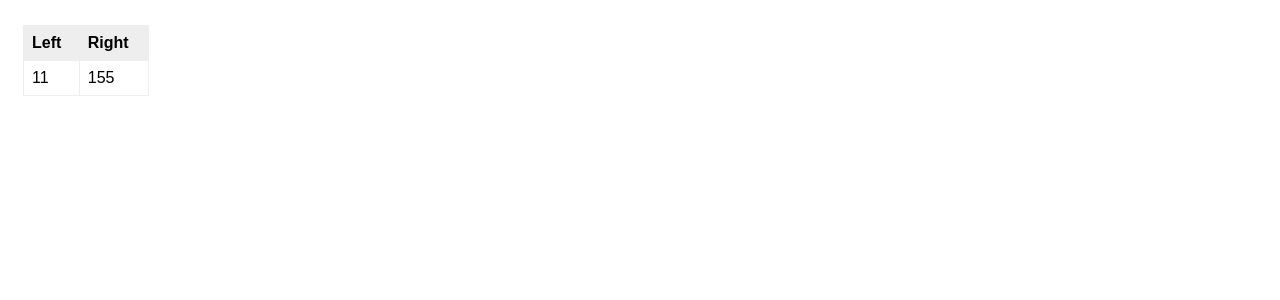
Repository: chyunlee316/element-tracker
Page: http://localhost/
The author's editor kept a record of every edit. The page is drawn from the files as they stood at one moment, then again after the next edit.
The browser window is 1280 px wide. The pictures show the whole page.
The page is served by the project's Node server (server.js).

Above is the page before.

### sample-site/views/index.jade
doctype html
html(lang='en')
  head
    title Sample site
    style.
      .table-container {
        margin: 25px 0 0px 15px;
        width: 10%;
      }
      table {
        font-family: arial, sans-serif;
        border-collapse: collapse;
        width: 100%;
      }
      th {
        background-color: #eee;
      }
      td, th {
        border: 1px solid #eee;
        text-align: left;
        padding: 8px;
      }
      tr:nth-child(even) {
        background-color: #ccc;
      }
  body
    #container.table-container
      table
        thead
          tr
            th Left
            th Right
        tbody
          tr
            td #{left}
            td #{right}

### sample-site/server.js
const express = require('express')
const getRandomInt = require("./utils")

const app = express()

app.set('views', __dirname + '/views')
app.set('view engine', 'jade')

app.get('/', (req, res) => res.render('index', {
  left: getRandomInt(10, 100),
  right: getRandomInt(100, 1000)
}))

process.env.PORT = process.env.PORT || 1337
process.env.IP = process.env.IP || 'localhost'

app.listen(process.env.PORT, () => console.log('Sample site running...'))

### sample-site/utils.js
function getRandomInt(min, max) {
    return Math.floor(Math.random() * (max - min + 1)) + min;
}

module.exports = getRandomInt;

After the next edit:
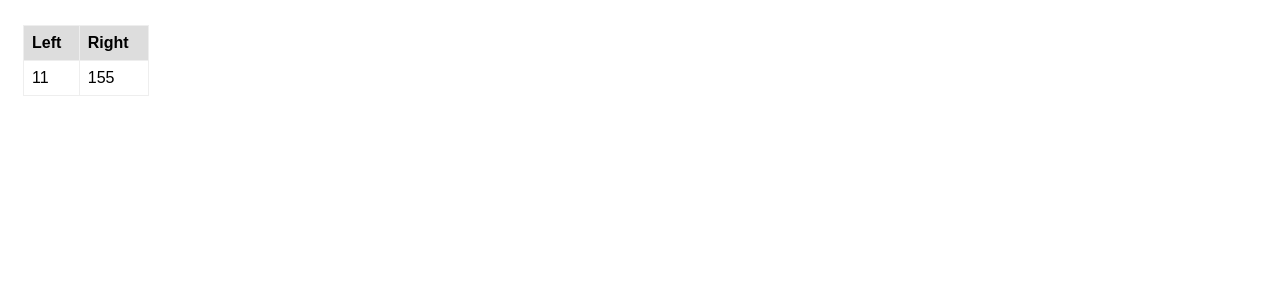
The edit:
--- a/sample-site/views/index.jade
+++ b/sample-site/views/index.jade
@@ -13,7 +13,7 @@
         width: 100%;
       }
       th {
-        background-color: #eee;
+        background-color: #ddd;
       }
       td, th {
         border: 1px solid #eee;
